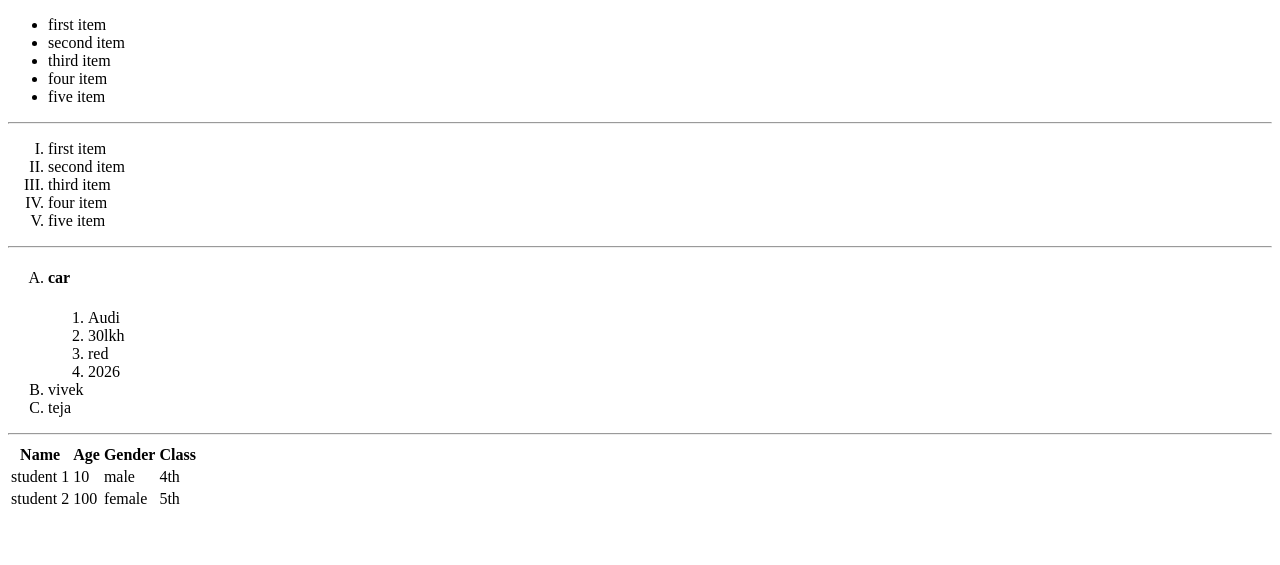
Repository: viveknaidu007/repo-166-Full-Stack-Development-Learning-Notes-Innomatics-2024
Page: module_1-html,css,bootstrap/spet_20_2024/index.html
An editor plug-in stored every save of this project. The page is shown before and after the next save, followed by the edit.
The browser window is 1280 px wide. The pictures show the whole page.

Above is the page before, as saved 2024-09-21 12:22:06.

After the next save:
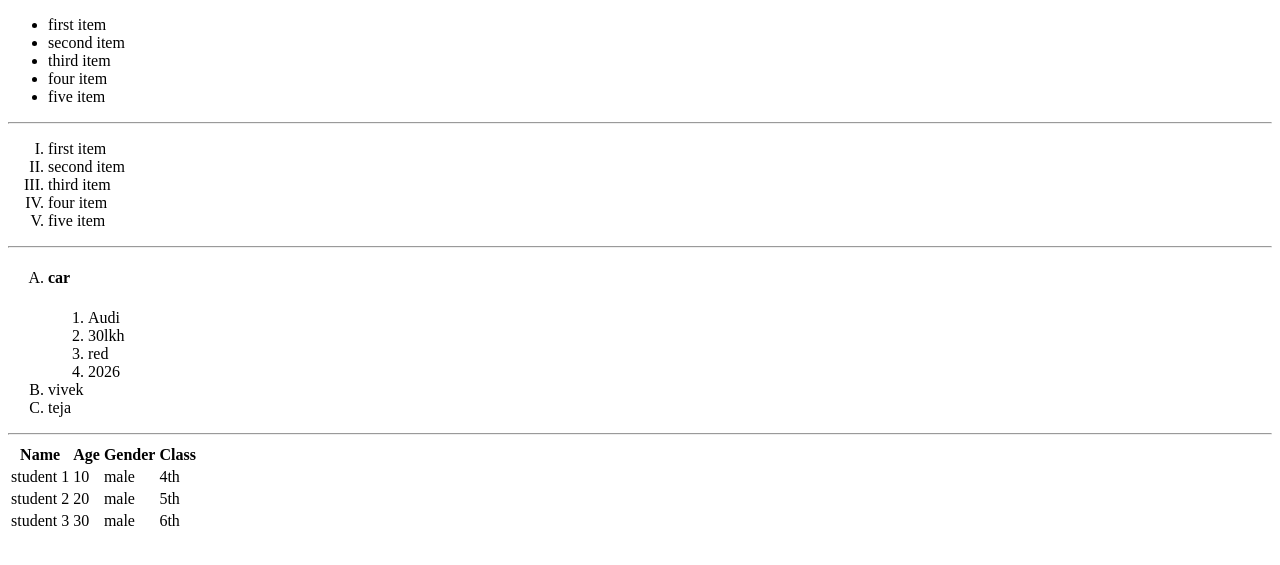
Saved 39 s later.
--- a/module_1-html,css,bootstrap/spet_20_2024/index.html
+++ b/module_1-html,css,bootstrap/spet_20_2024/index.html
@@ -59,10 +59,18 @@
 
         <tr>
             <td> student 2</td>
-            <td> 100 </td>
-            <td> female </td>
+            <td> 20 </td>
+            <td> male </td>
             <td> 5th</td>
         </tr>
+
+        <tr>
+            <td> student 3</td>
+            <td> 30 </td>
+            <td> male </td>
+            <td> 6th </td>
+        </tr>
+
 
     </table>
 
